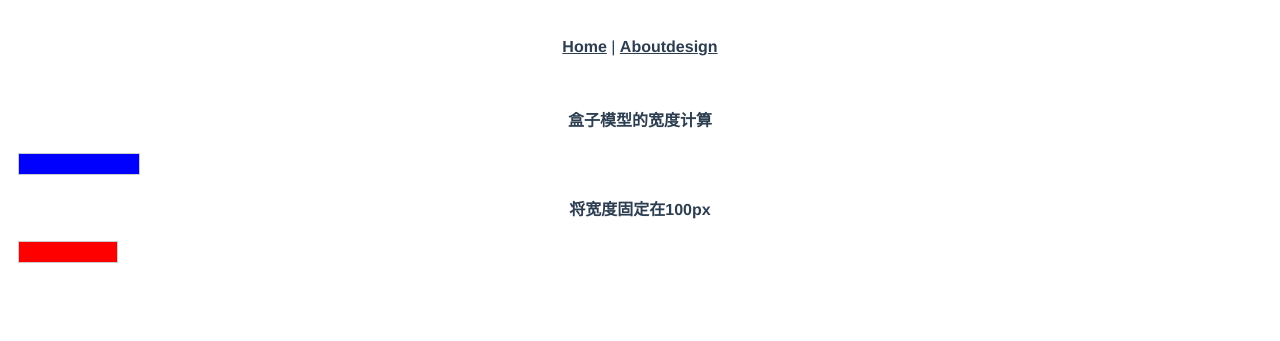
Repository: 1025215705/design
Page: /layout/1 (app in vue-ts/)
These files come from the project's save history. The page is drawn as it stood at one moment and after the next save; the edit follows.
The browser window is 1280 px wide. The pictures show the whole page.
The project was rebuilt for these pictures with package versions that can differ from the ones it lists, and the page was loaded fresh each time. Also part of the build but not shown: vue-ts/src/components/HelloWorld.vue, vue-ts/src/views/Home.vue, vue-ts/src/practice/design/adaptee.ts, vue-ts/src/practice/design/decorator.ts, vue-ts/src/practice/design/observer.ts, vue-ts/src/practice/design/proxy.ts, vue-ts/src/practice/design/singletonLogin.ts, vue-ts/src/practice/design/userFactory.ts and 3 more.

Above is the page before, as saved 2020-12-11 11:34:54.

After the next save:
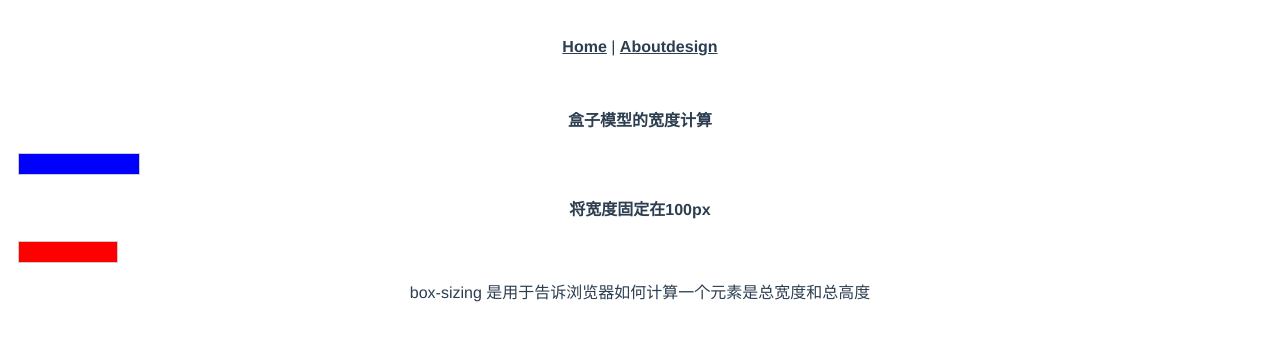
Saved 4 min 20 s later.
--- a/vue-ts/src/practice/layout/css.vue
+++ b/vue-ts/src/practice/layout/css.vue
@@ -8,6 +8,9 @@
     <div class="box2">
 
     </div>
+    <p>
+        box-sizing 是用于告诉浏览器如何计算一个元素是总宽度和总高度
+    </p>
 </div>
 </template>
 <script>
